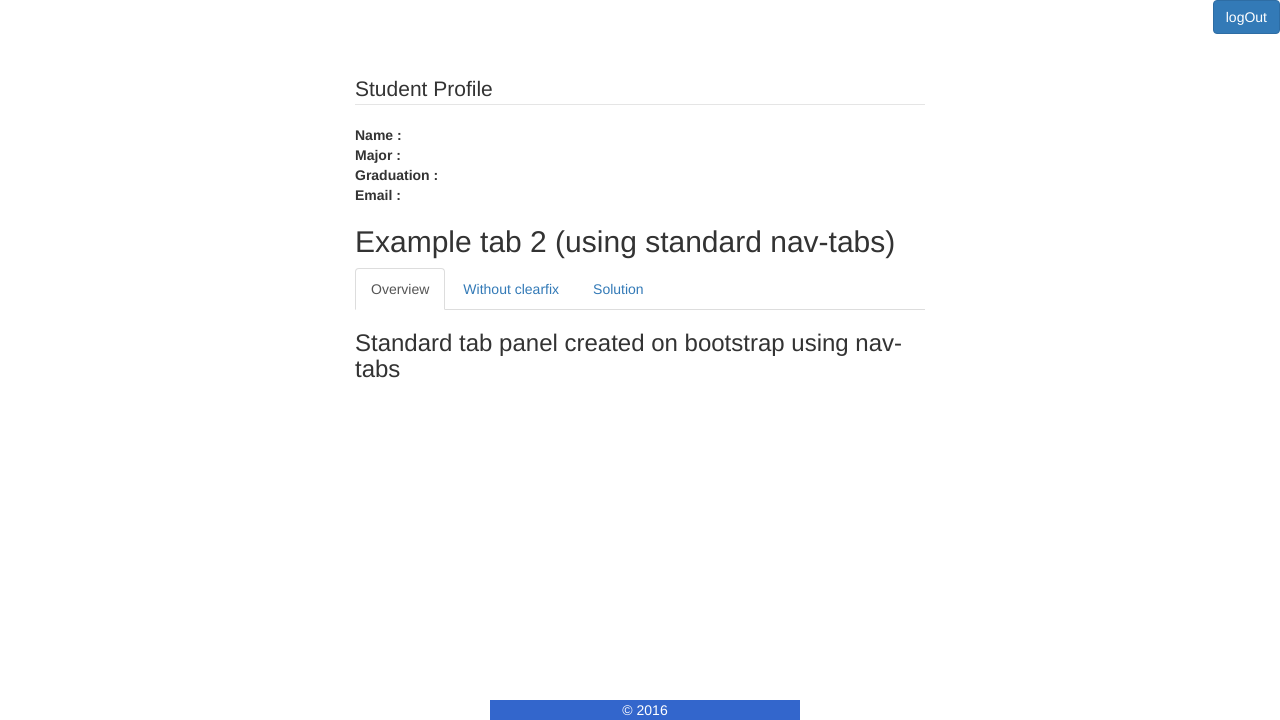
Repository: merlynfrank/AcademicProjects
Page: http://localhost/studenthome
These files come from the project's save history. The page is drawn as it stood at one moment and after the next save; the edit follows.
The browser window is 1280 px wide. The pictures show the whole page.
The page is this project's Thymeleaf template; nobody is signed in. The template is opened directly, without the code that normally fills it, so the values that code supplies are empty.

Above is the page before, as saved 2018-12-01 00:53:10.

After the next save:
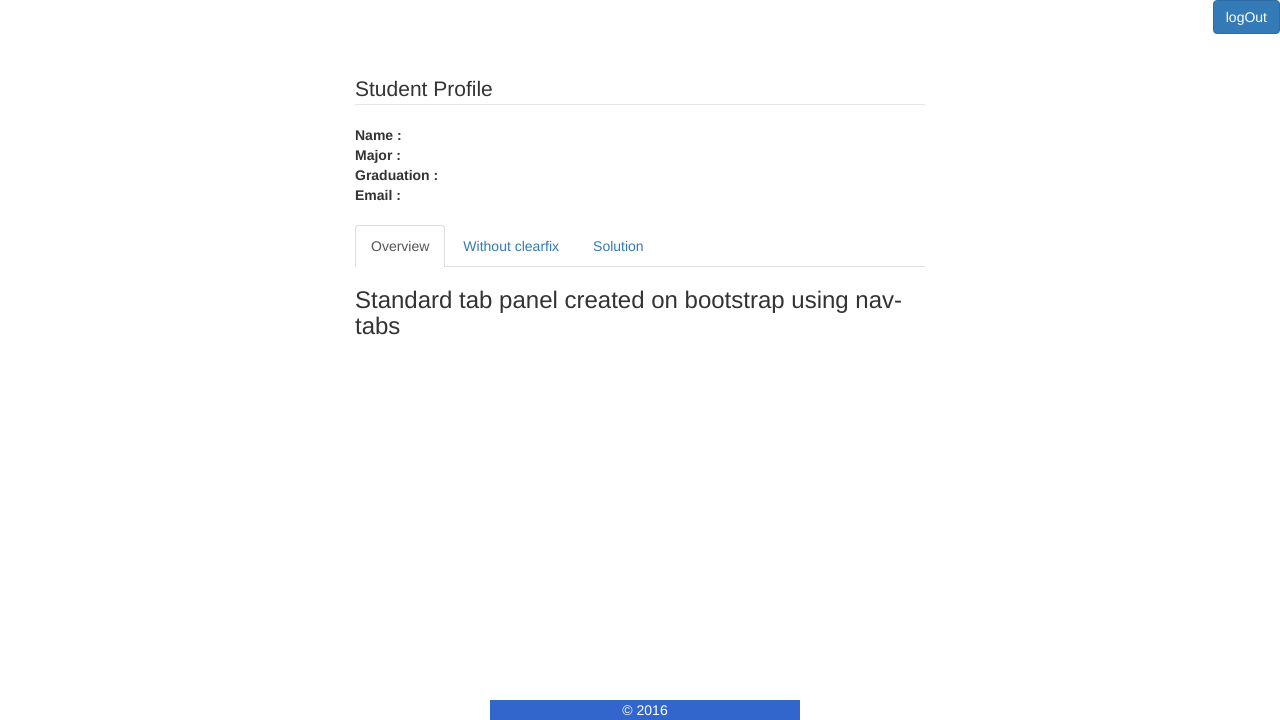
Saved 2 min 13 s later.
--- a/smith-is-internship/src/main/resources/templates/studenthome.html
+++ b/smith-is-internship/src/main/resources/templates/studenthome.html
@@ -94,7 +94,7 @@ background-color: #f1f1f1;
 	</div>
 
 	<!-- Table for Search jobs and Applied jobs -->
-	<div class="container"><h2>Example tab 2 (using standard nav-tabs)</h2></div>
+	<div class="container"><h2></h2></div>
 
 <div id="exTab2" class="container">
 <ul class="nav nav-tabs">
